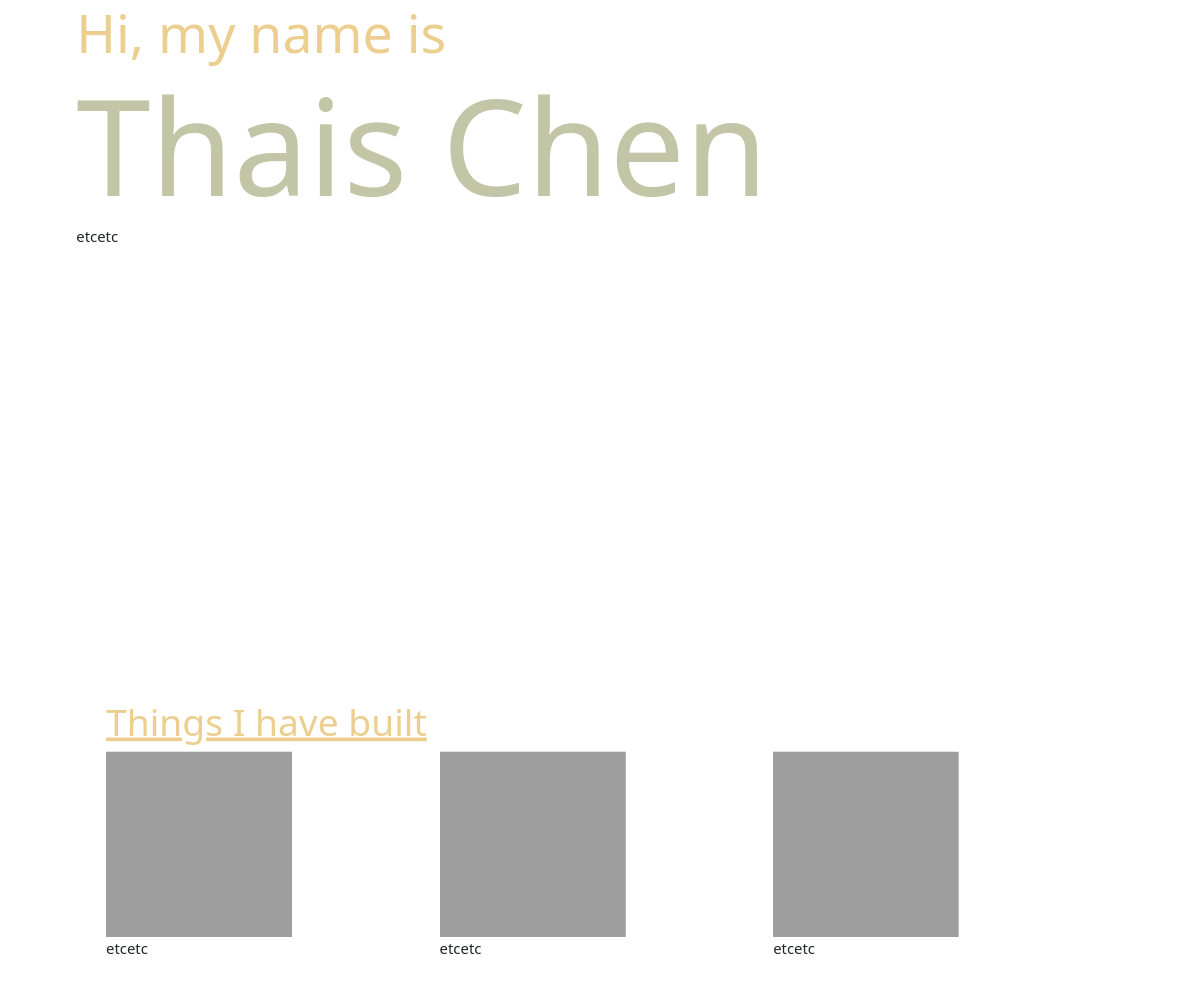
Repository: thais-chen/Portfolio
Page: index.html
The author's editor kept a copy of each file at every save. The page is drawn from the files as they stood at one save, then again after the next save.
The browser window is 1280 px wide. The pictures show the whole page, at 93% of full size.
Pictures or frames that could not be fetched are drawn as grey boxes.

Above is the page before, as saved 2022-06-17 19:22:44.

### index.html
<!DOCTYPE html>
<html lang="en">
  <head>
    <meta charset="UTF-8">
    <meta name="viewport" content="width=device-width, initial-scale=1.0">
    <meta http-equiv="X-UA-Compatible" content="ie=edge">
    <title>Thais Chen</title>
    <!-- CSS only -->
<link href="https://cdn.jsdelivr.net/npm/bootstrap@5.2.0-beta1/dist/css/bootstrap.min.css" rel="stylesheet"
    integrity="sha384-0evHe/X+R7YkIZDRvuzKMRqM+OrBnVFBL6DOitfPri4tjfHxaWutUpFmBp4vmVor" crossorigin="anonymous">
<link rel="stylesheet" href="./style.css">
  </head>
  <body>
  <!--   <header>
        <nav class="navbar">
            <ul>
                <li class="nav-icon"><a href="#contact" > Contact</a></li>
                <li><a href="#about"> About</a> </li>
                <li><a href="#projects"> Projects</a></li>
                <li style="float:left"><a href="#"> Homepage </a> </li>
            </ul>
        </nav>
    </header> -->
    <main>
        <div class="container">
        <section id="intro" class="row">
            <div class="col">
                <h3>Hi, my name is </h3>
                <h1>Thais Chen</h1>
                <p>etcetc</p>
            </div>

        </section>
        <section id="projects">
            <h3> Things I have built </h3>

                <div class="row">
                    <div class="col">
                        <img src="https://picsum.photos/200">
                        <p>
                            etcetc
                        </p>

                    </div>
                    <div class="col">
                        <img src="https://picsum.photos/200">
                        <p>
                            etcetc
                        </p>
                    </div>
                    <div class="col">
                        <img src="https://picsum.photos/200">
                        <p>
                            etcetc
                        </p>
                    </div>
                </div>

        </section>
        <section id="about">

        </section>
        <section id="contact">

        </section>
    </div>
    </main>
    <!-- JavaScript Bundle with Popper -->
    <script src="https://cdn.jsdelivr.net/npm/bootstrap@5.2.0-beta1/dist/js/bootstrap.bundle.min.js" integrity="sha384-pprn3073KE6tl6bjs2QrFaJGz5/SUsLqktiwsUTF55Jfv3qYSDhgCecCxMW52nD2" crossorigin="anonymous"></script>
	<script src="script.js"></script>
  </body>
</html>

### style.css
section{
    margin: 2rem;
}
/*navbar*/
.navbar{
    display: block;
}
.navbar ul {
    list-style: none;
    padding: 0;
    margin: 0;
  }
  .navbar li {
    float: right;
  }
  .navbar li a {
    display: inline-block;
    text-align: center;
    color: #C2C6A7;
    padding: 14px 16px;
    font-size: larger;

}
/* introduction*/
#intro{
    min-height: 100vh;
}
#intro h3{
    color: #ECCE8E;
    font-size: 8vh;
    margin-bottom: 0;
    font-weight: 100;
}
#intro h1{
    color: #C2C6A7;
    font-size: 20vh;
    margin: 0;
}
/* projects */
#projects{

}
#projects h3{
    color:#ECCE8E;
    font-size: 2.5rem;
    text-decoration: underline;


}

Loaded but not shown: script.js (no copy from this time; the picture is the same without it)

After the next save:
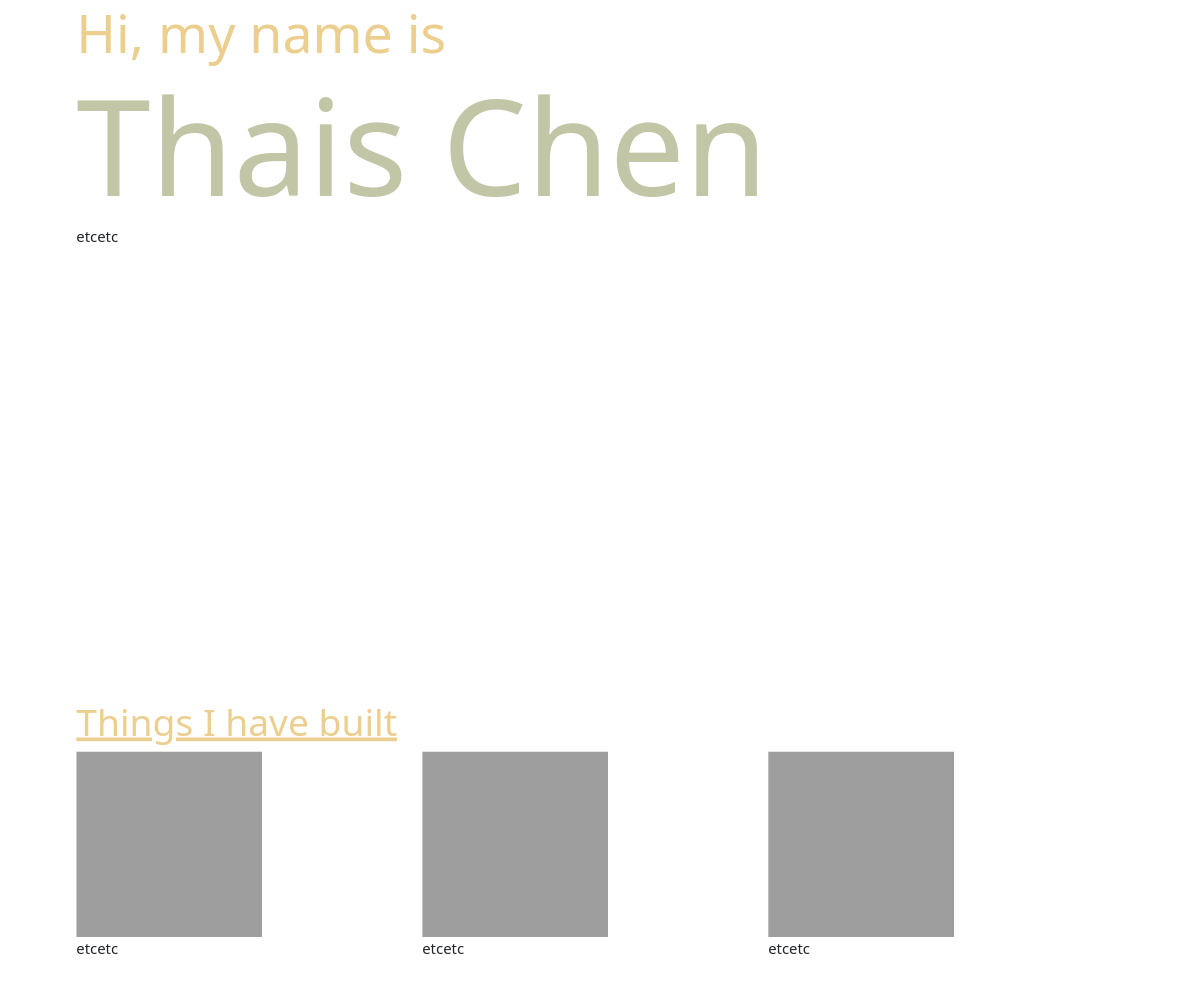
Saved 9 s later.
--- a/index.html
+++ b/index.html
@@ -31,7 +31,7 @@
             </div>
 
         </section>
-        <section id="projects">
+        <section id="projects" class="row">
             <h3> Things I have built </h3>
 
                 <div class="row">
